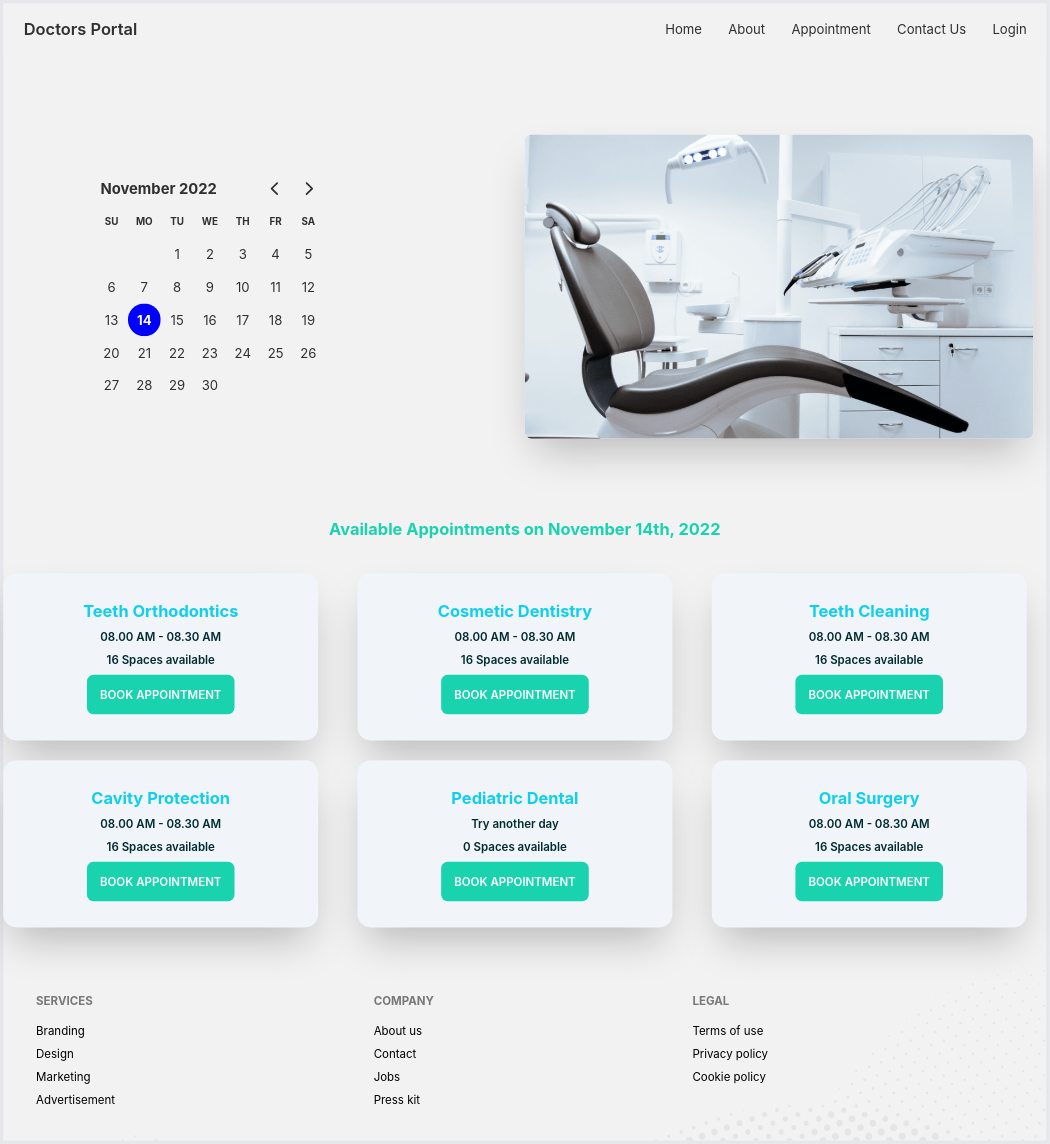
Repository: Samad77/Doctorportal-Client
Page: /appointment
These files come from the project's save history. The page is drawn as it stood at one moment and after the next save; the edit follows.
The browser window is 1280 px wide. The pictures show the whole page, at 82% of full size.
The project was rebuilt for these pictures with package versions that can differ from the ones it lists, and the page was loaded fresh each time. Also part of the build but not shown: src/Components/PrimaryButton/PrimaryButton.js, src/Pages/Home/Banner/Banner.js, src/Pages/Home/Cards/Cards.js, src/Pages/Home/MakeAppointment/MakeAppointment.js, src/Pages/Home/SecondCard/SecondCard.js, src/Pages/Home/Services/Services.js, src/Pages/Home/TestimonialArea/TestimonialArea.js, src/Pages/Home/Home.js and 1 more.

Above is the page before, as saved 2022-11-15 09:32:06.

After the next save:
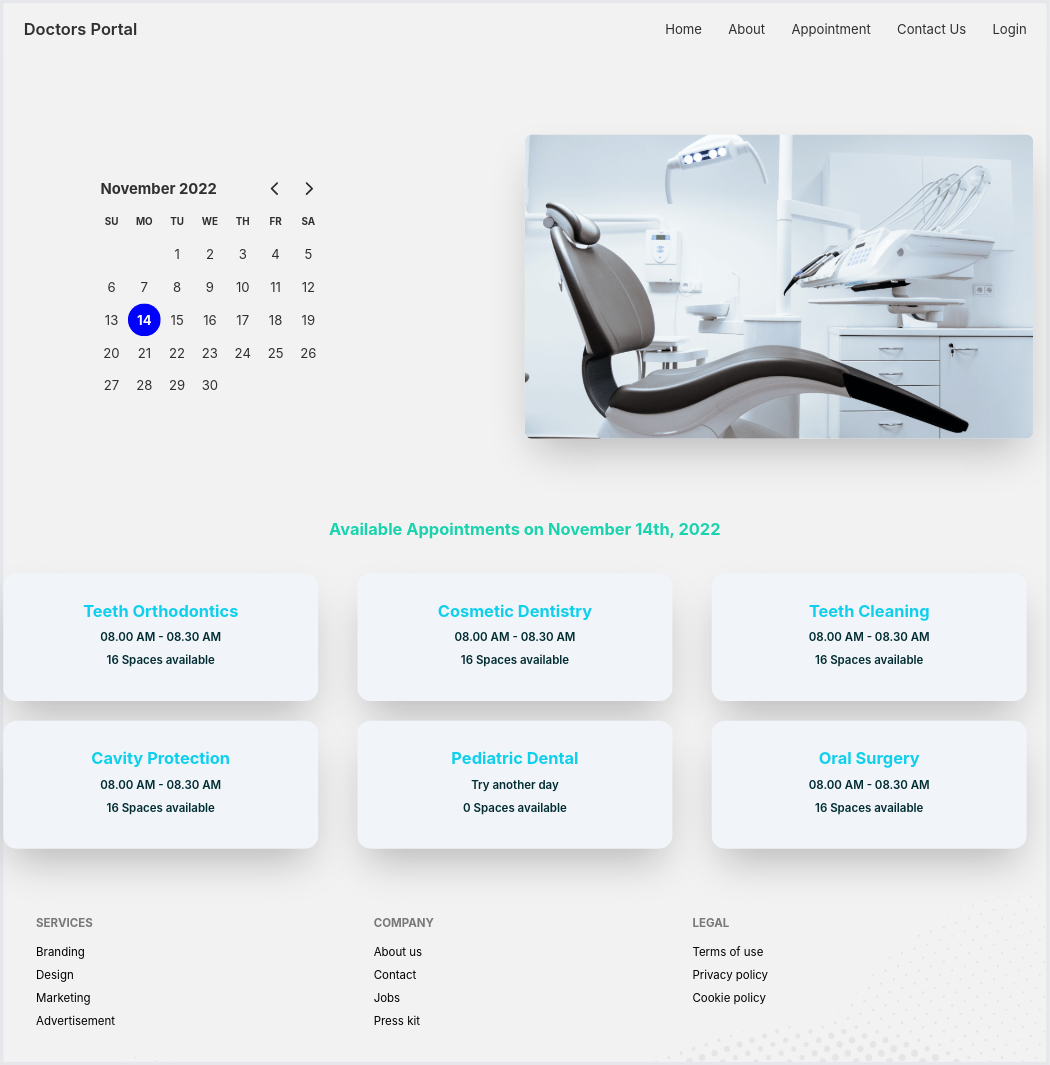
Saved 7 min 17 s later.
--- a/src/Pages/Appointment/AppoinmentCard/AppoinmentCard.js
+++ b/src/Pages/Appointment/AppoinmentCard/AppoinmentCard.js
@@ -28,7 +28,7 @@
                 <p className='text-sm font-semibold'>{option.slots.length > 0 ? option.slots[0] : "Try another day"}</p>
                 <p className='text-sm font-semibold'>{option.slots.length} Spaces available</p>
                 <div className="card-actions justify-center">
-                    <label htmlFor="my-modal-3" className="btn bg-secondary border-0 text-md text-white" onClick={() => setBookingData(option)}>Book Appointment</label>
+                    <label htmlFor="my-modal-3" className="btn bg-secondary border-0 text-md text-white modal-toggle" onClick={() => setBookingData(option)}>Book Appointment</label>
                 </div>
             </div>
         </div>

After the save that followed:
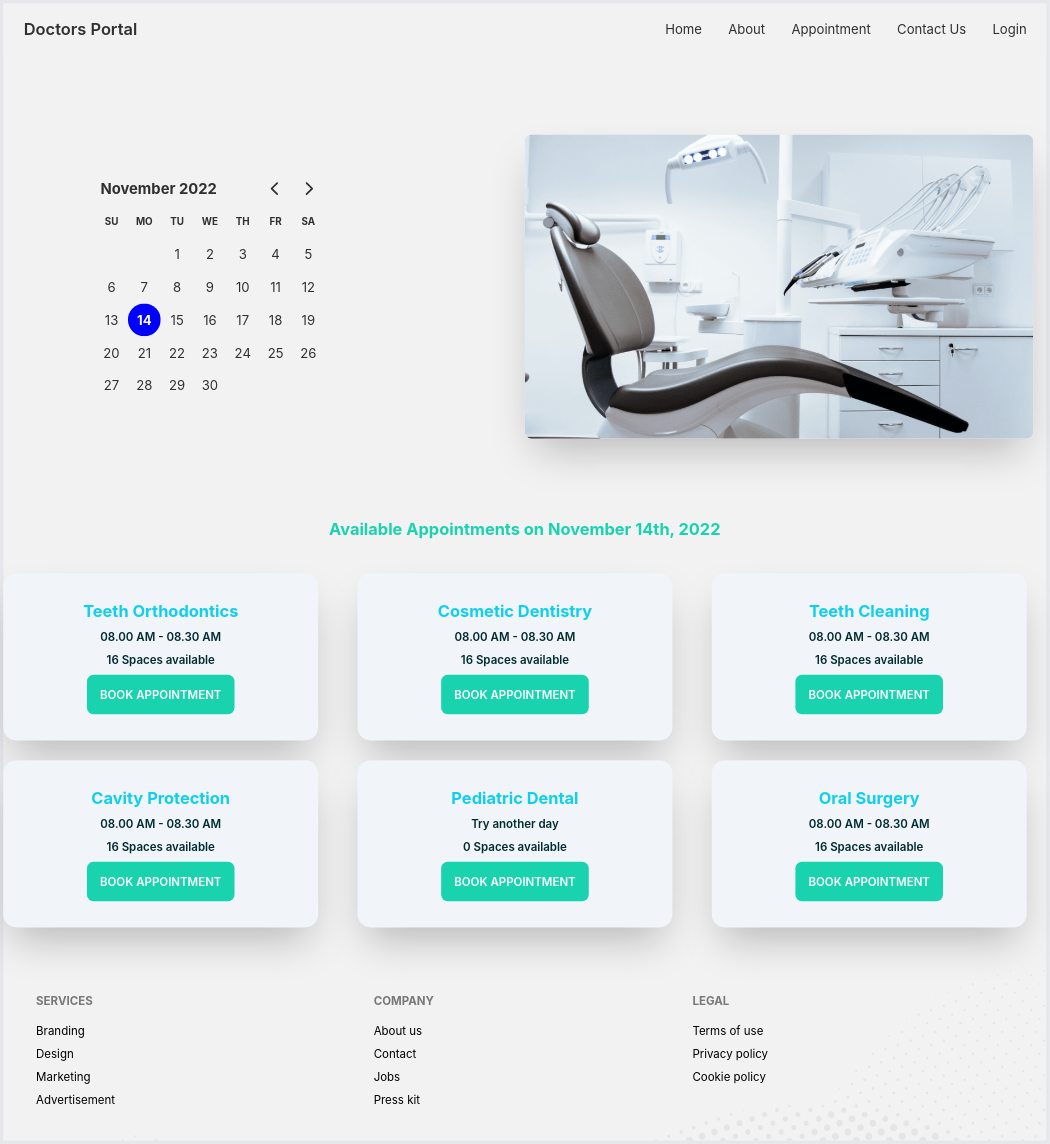
Saved 24 s later.
--- a/src/Pages/Appointment/AppoinmentCard/AppoinmentCard.js
+++ b/src/Pages/Appointment/AppoinmentCard/AppoinmentCard.js
@@ -28,7 +28,7 @@
                 <p className='text-sm font-semibold'>{option.slots.length > 0 ? option.slots[0] : "Try another day"}</p>
                 <p className='text-sm font-semibold'>{option.slots.length} Spaces available</p>
                 <div className="card-actions justify-center">
-                    <label htmlFor="my-modal-3" className="btn bg-secondary border-0 text-md text-white modal-toggle" onClick={() => setBookingData(option)}>Book Appointment</label>
+                    <label htmlFor="my-modal-3" className="btn bg-secondary border-0 text-md text-white " onClick={() => setBookingData(option)}>Book Appointment</label>
                 </div>
             </div>
         </div>
